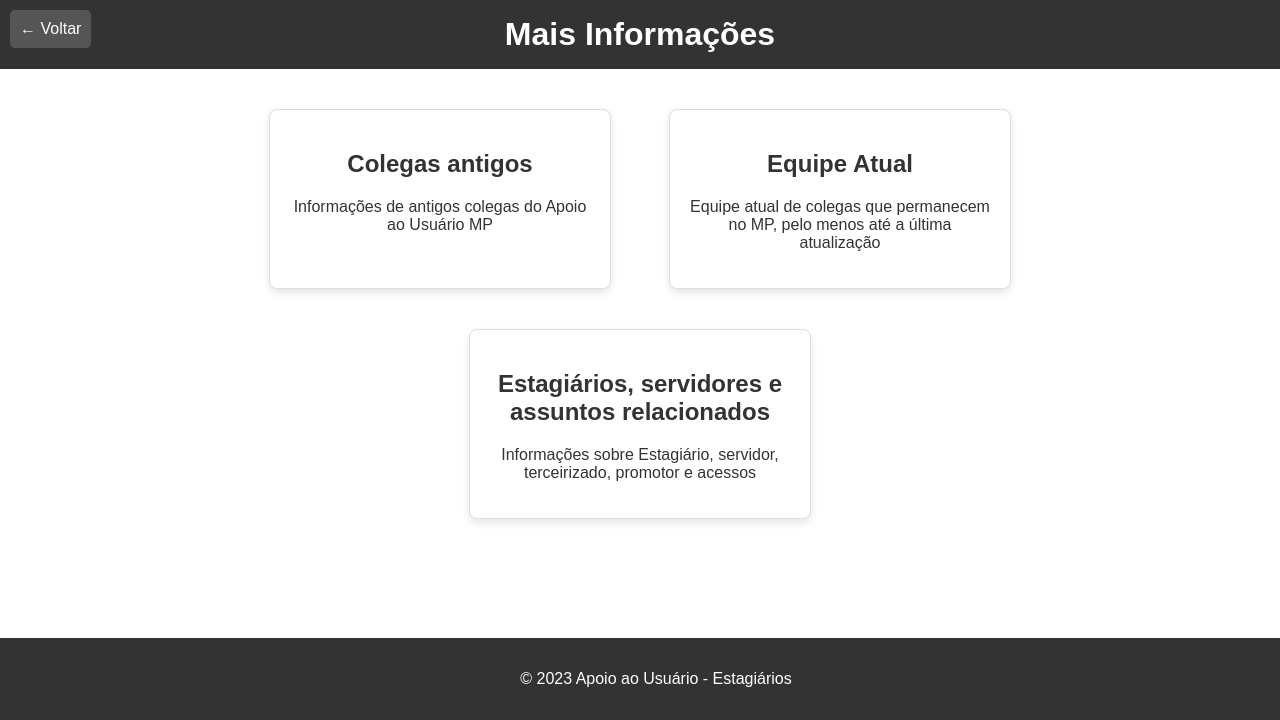
Repository: I4guito/dicasdez
Page: Dicas site/Mais/Mais.html
An editor plug-in stored every save of this project. The page is shown before and after the next save, followed by the edit.
The browser window is 1280 px wide. The pictures show the whole page.

Above is the page before, as saved 2023-11-28 14:32:32.

After the next save:
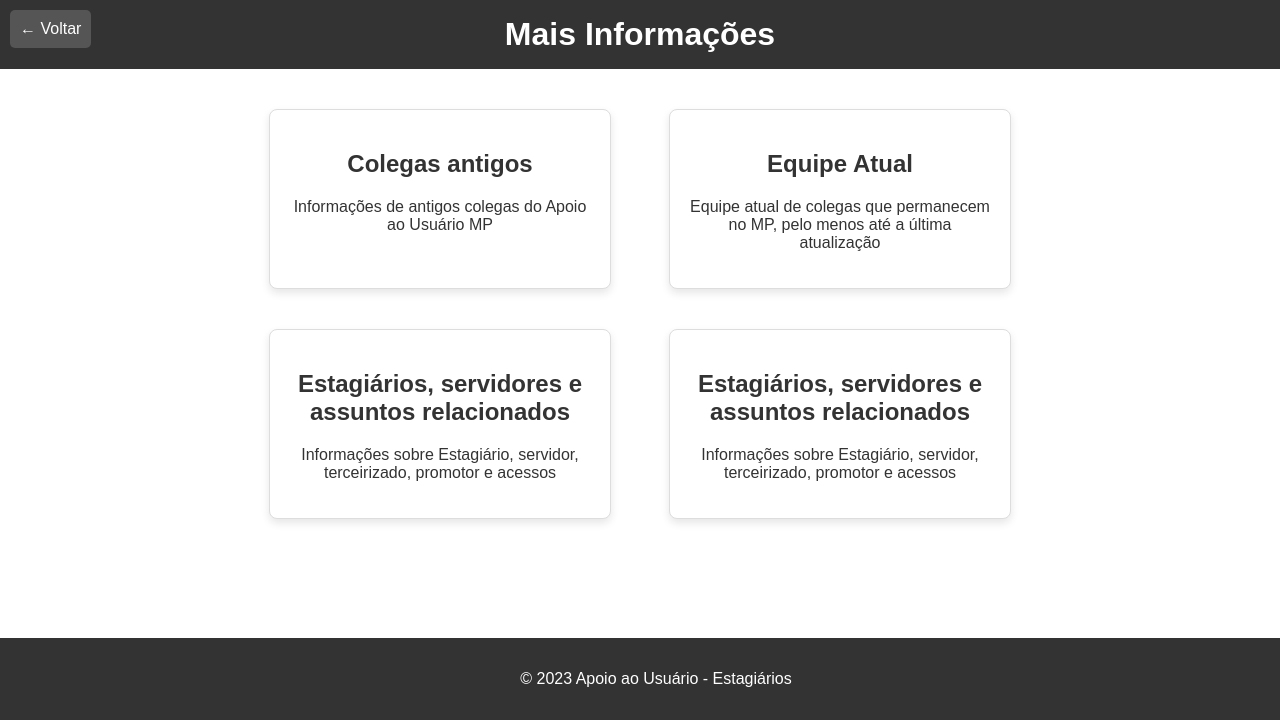
Saved 15 s later.
--- a/Dicas site/Mais/Mais.html
+++ b/Dicas site/Mais/Mais.html
@@ -35,6 +35,13 @@
                 <p>Informações sobre Estagiário, servidor, terceirizado, promotor e acessos</p>
             </a>
         </div>
+
+        <div class="caixinha">
+            <a href="/Dicas site/Mais/esva/esva.html">
+                <h2>Estagiários, servidores e assuntos relacionados</h2>
+                <p>Informações sobre Estagiário, servidor, terceirizado, promotor e acessos</p>
+            </a>
+        </div>
         <!-- Adicione mais caixinhas conforme necessário -->
     </section>
 
